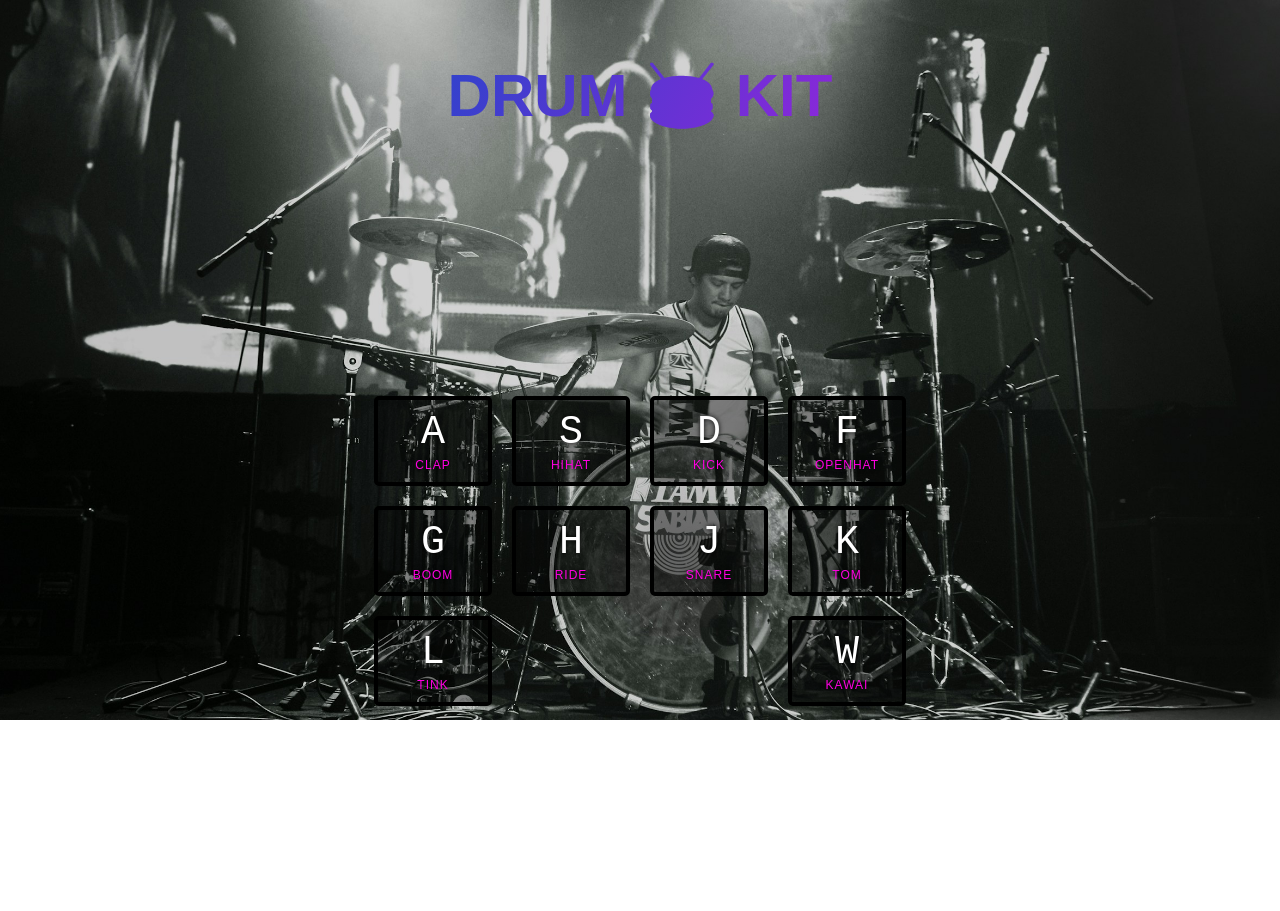
Repository: Freezler/drumkitJS
Page: index.html
The author's editor kept a copy of each file at every save. The page is drawn from the files as they stood at one save, then again after the next save.
The browser window is 1280 px wide. The pictures show the whole page.

Above is the page before, as saved 2024-08-23 23:27:45.

After the next save:
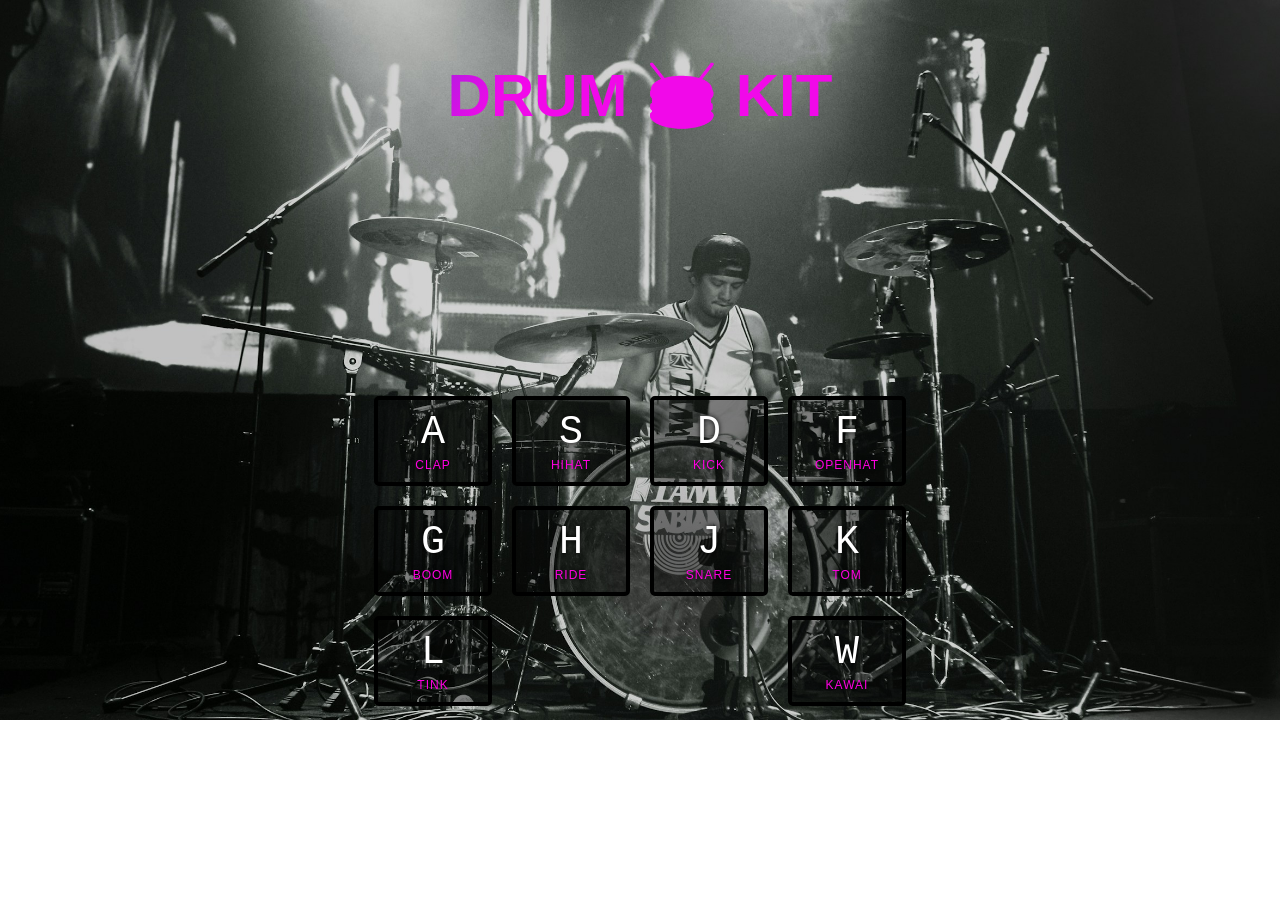
Saved 23 s later.
--- a/style.css
+++ b/style.css
@@ -17,7 +17,7 @@
   padding: 2rem;
   text-align: center;
   color: white;
-  background-image: linear-gradient(120deg, #064fc5 20%, #f109e9 100%);
+  background-image: linear-gradient(120deg, #064fc5 20%,#f109e9 40%, #f109e9 100%);
   color: transparent;
   background-clip: text;
   -webkit-background-clip: text;
